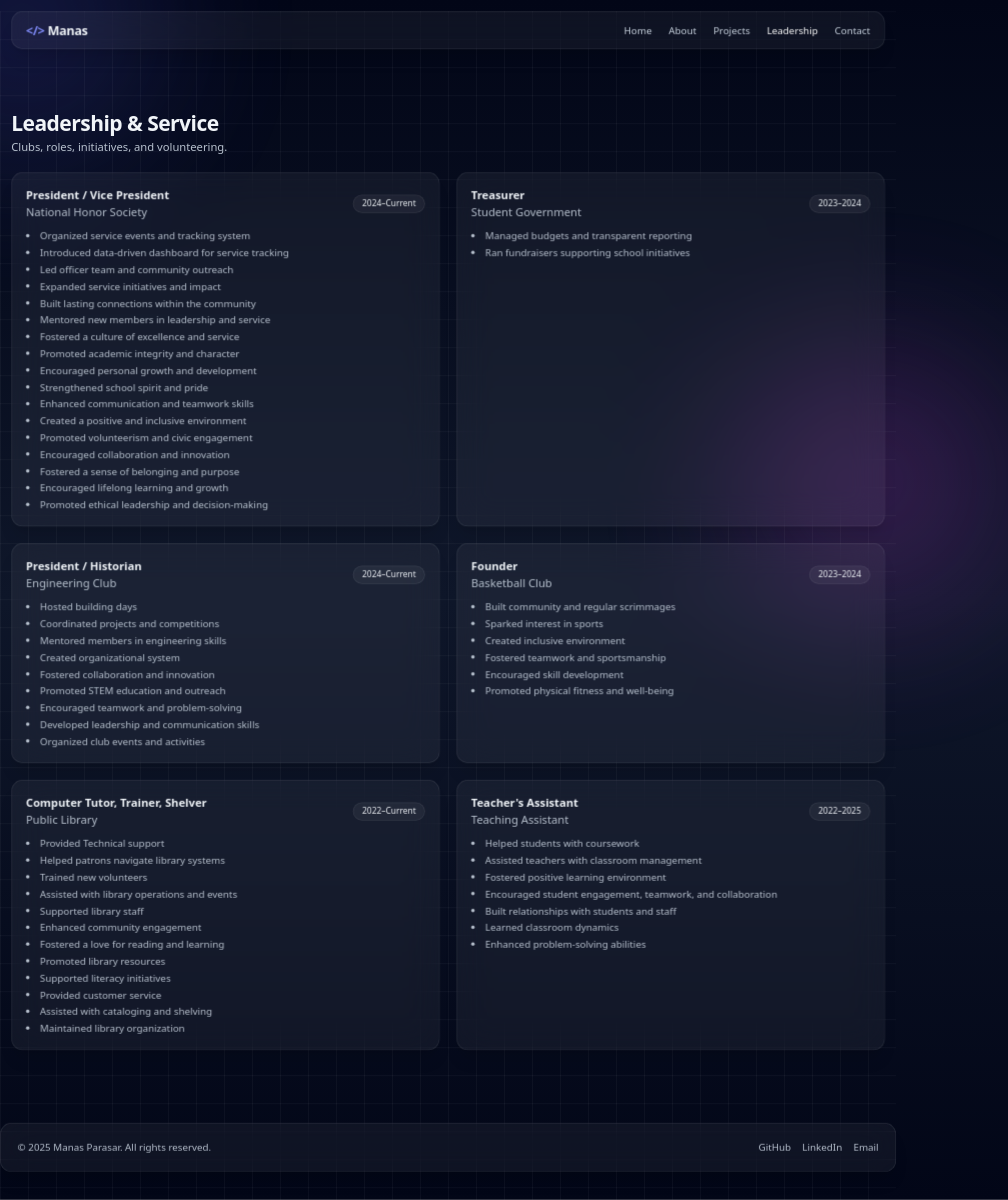
Repository: Manas-Parasar/portfolio-manas-parasar
Page: /leadership
The author's editor kept a copy of each file at every save. The page is drawn from the files as they stood at one save, then again after the next save.
The browser window is 1280 px wide. The page is 1440 px wide, so the pictures cover 1440 px, including what lies to the right of the window. The pictures show the whole page, at 70% of full size.
The project was rebuilt for these pictures with package versions that can differ from the ones it lists, and the page was loaded fresh each time. Also part of the build but not shown: vite.config.js, src/components/Hero.jsx, src/components/ProjectCard.jsx, src/pages/Home.jsx, src/pages/About.jsx, src/pages/Projects.jsx, src/pages/Contact.jsx.

Above is the page before, as saved 2025-08-20 16:21:36.

After the next save:
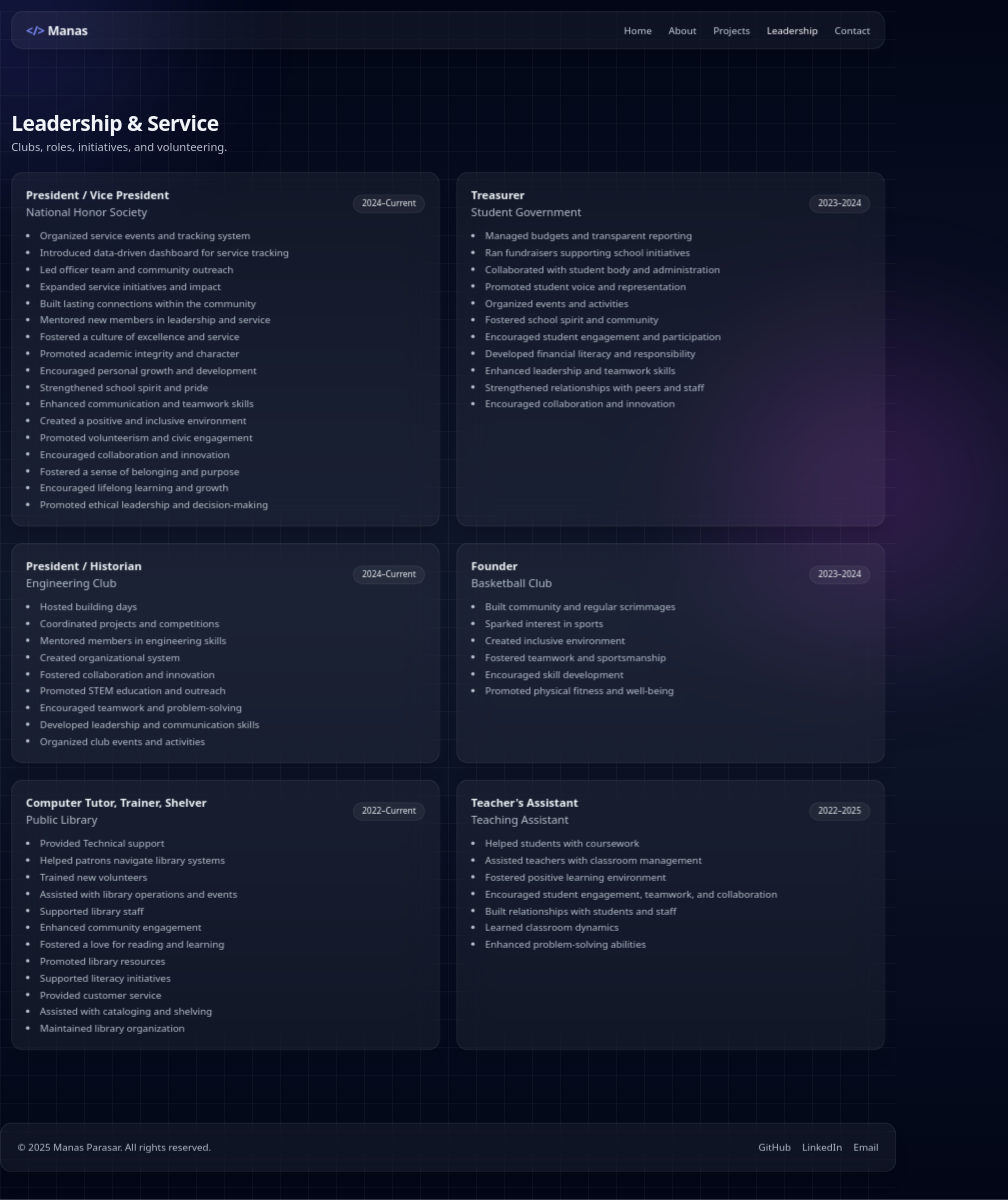
Saved 53 s later.
--- a/src/pages/Leadership.jsx
+++ b/src/pages/Leadership.jsx
@@ -40,6 +40,15 @@ export default function Leadership() {
             points={[
               "Managed budgets and transparent reporting",
               "Ran fundraisers supporting school initiatives",
+              "Collaborated with student body and administration",
+              "Promoted student voice and representation",
+              "Organized events and activities",
+              "Fostered school spirit and community",
+              "Encouraged student engagement and participation",
+              "Developed financial literacy and responsibility",
+              "Enhanced leadership and teamwork skills",
+              "Strengthened relationships with peers and staff",
+              "Encouraged collaboration and innovation",
             ]}
           />
           <TimelineItem
